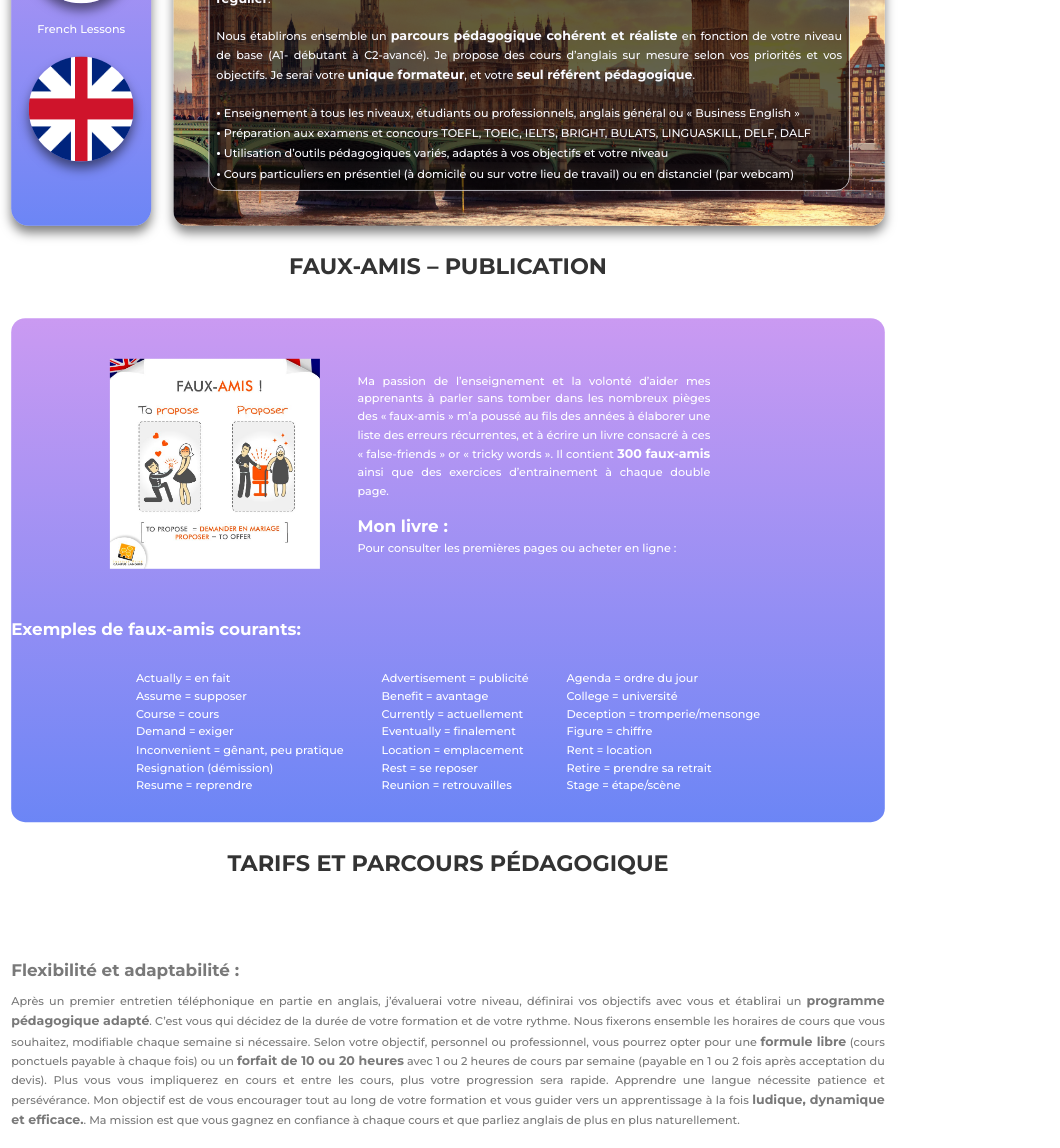
Repository: TheHikuro/FormAnglais
Page: www/index.html
These files come from the project's save history. The page is drawn as it stood at one moment and after the next save; the edit follows.
The browser window is 1280 px wide. The page is 1514 px wide, so the pictures cover 1514 px, including what lies to the right of the window. The pictures show the part of the page from y = 2251 to 3891 px (the page is 5116 px tall), at 70% of full size.
Some web libraries are served in a nearby version.

Above is the page before, as saved 2021-06-10 20:11:30.
Console error: TypeError: Cannot read properties of null (reading 'classList')

After the next save:
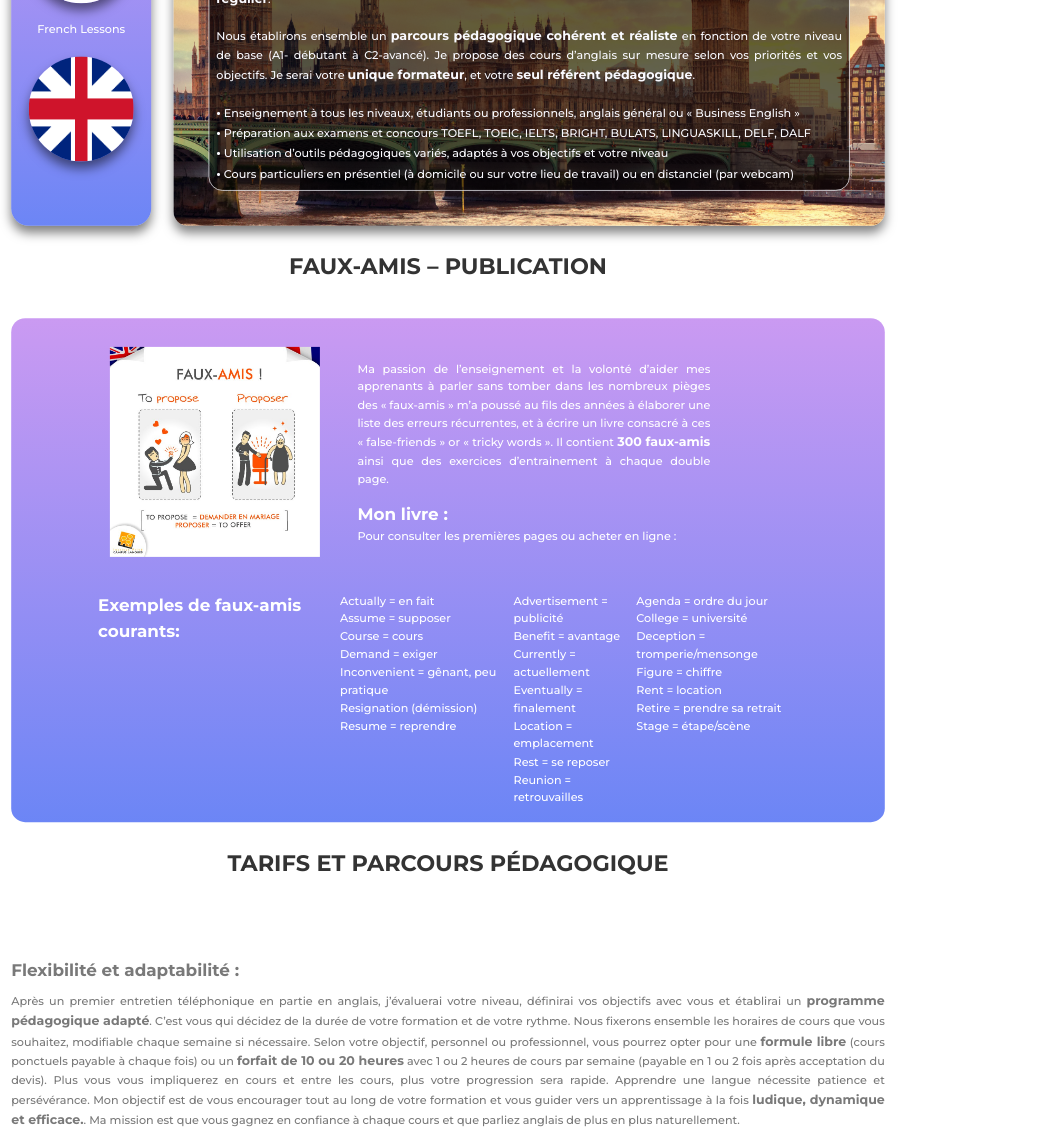
Saved 44 s later.
--- a/www/index.html
+++ b/www/index.html
@@ -147,37 +147,37 @@
                                 </div>
                             </div>
                         </div>
-                        <h2>Exemples de faux-amis courants:</h2>
-                            <div class="fxA2">
-                                <div class="ex_fx">
-                                    <p>Actually = en fait</p>
-                                    <p>Assume = supposer</p>
-                                    <p>Course = cours</p>
-                                    <p>Demand = exiger</p>
-                                    <p>Inconvenient = gênant, peu pratique</p>
-                                    <p>Resignation (démission)</p>
-                                    <p>Resume = reprendre</p>
-                                </div>
-                                <div class="ex_fx">
-                                    <p>Advertisement = publicité</p>
-                                    <p>Benefit = avantage</p>
-                                    <p>Currently = actuellement</p>
-                                    <p>Eventually = finalement</p>
-                                    <p>Location = emplacement</p>
-                                    <p>Rest = se reposer</p>
-                                    <p>Reunion = retrouvailles</p>
-                                </div>
-                                <div class="ex_fx">
-                                    <p>Agenda = ordre du jour</p>
-                                    <p>College = université</p>
-                                    <p>Deception = tromperie/mensonge</p>
-                                    <p>Figure = chiffre</p>
-                                    <p>Rent = location</p>
-                                    <p>Retire = prendre sa retrait</p>
-                                    <p>Stage = étape/scène</p>
-                                </div>
-                            </div>
-                    </div>
+                        <div class="fxA2">
+                            <h2>Exemples de faux-amis courants:</h2>
+                            <div class="ex_fx">
+                                <p>Actually = en fait</p>
+                                <p>Assume = supposer</p>
+                                <p>Course = cours</p>
+                                <p>Demand = exiger</p>
+                                <p>Inconvenient = gênant, peu pratique</p>
+                                <p>Resignation (démission)</p>
+                                <p>Resume = reprendre</p>
+                            </div>
+                            <div class="ex_fx">
+                                <p>Advertisement = publicité</p>
+                                <p>Benefit = avantage</p>
+                                <p>Currently = actuellement</p>
+                                <p>Eventually = finalement</p>
+                                <p>Location = emplacement</p>
+                                <p>Rest = se reposer</p>
+                                <p>Reunion = retrouvailles</p>
+                            </div>
+                            <div class="ex_fx">
+                                <p>Agenda = ordre du jour</p>
+                                <p>College = université</p>
+                                <p>Deception = tromperie/mensonge</p>
+                                <p>Figure = chiffre</p>
+                                <p>Rent = location</p>
+                                <p>Retire = prendre sa retrait</p>
+                                <p>Stage = étape/scène</p>
+                            </div>
+                        </div>
+                </div>
                 </section>
                 <section class="Devis_tarif" id="Devis_tarif">
                     <h2 class="section-title">TARIFS ET PARCOURS PÉDAGOGIQUE</h2>
